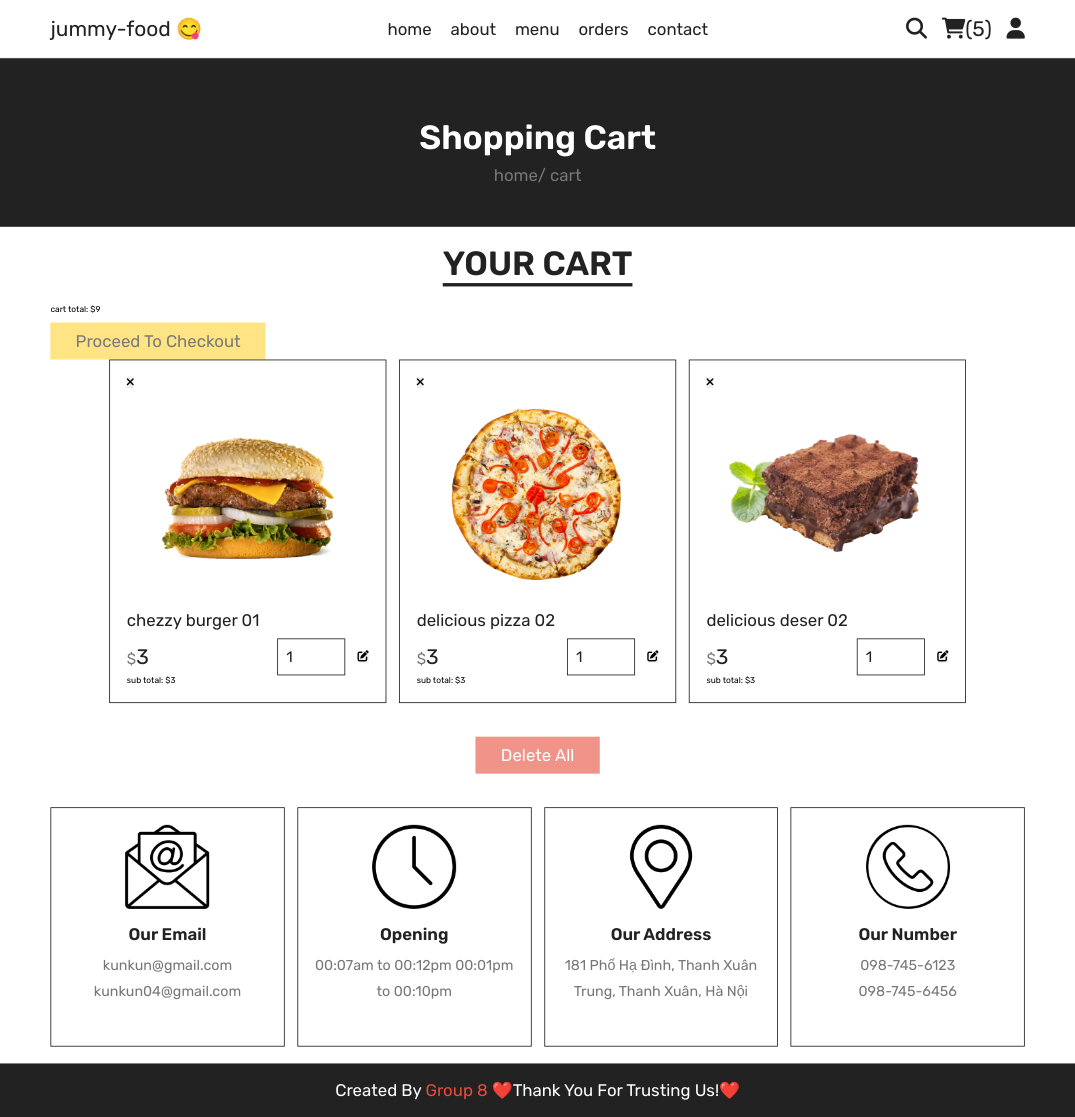
Repository: VuongLinhDinh/jummy_food
Page: cart.html
The author's editor kept a copy of each file at every save. The page is drawn from the files as they stood at one save, then again after the next save.
The browser window is 1280 px wide. The pictures show the whole page, at 84% of full size.
Some web libraries are served in a nearby version.

Above is the page before, as saved 2023-11-12 16:25:13.

After the next save:
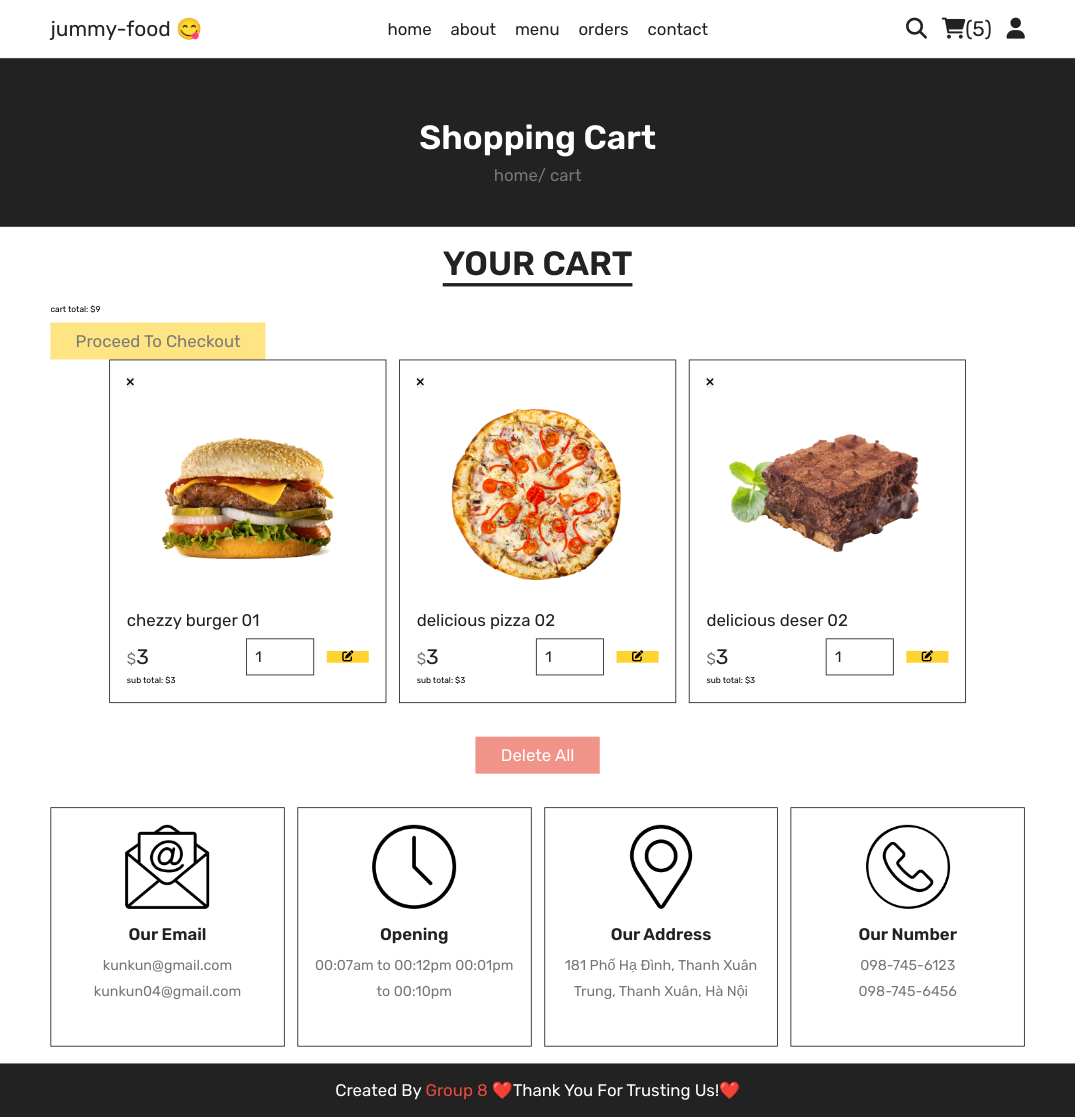
Saved 20 s later.
--- a/css/style.css
+++ b/css/style.css
@@ -320,7 +320,8 @@ section {
     color: var(--black);
 }
 .products .box-container .box .flex .fa-edit {
-
+    width: 5rem;
+    background-color: var(--yellow);
 }
 .products .more-btn {
     margin-top: 2rem;
